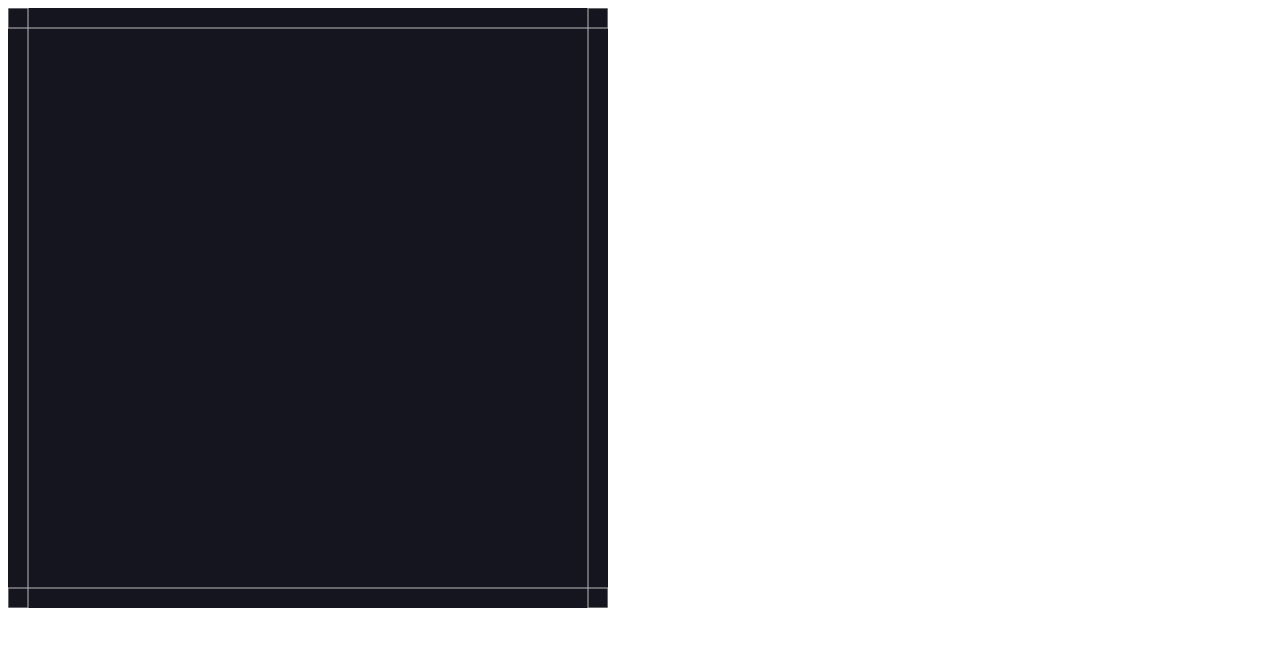
Repository: zhapar/JS-Bootcamp
Page: 3. Maze/index.html
An editor plug-in stored every save of this project. The page is shown before and after the next save, followed by the edit.
The browser window is 1280 px wide. The pictures show the whole page.
Some web libraries are served in a nearby version.

Above is the page before, as saved 2020-07-16 17:49:13.

### 3. Maze/index.html
<!DOCTYPE html>
<html lang="en">

<head>
  <meta charset="UTF-8">
  <meta name="viewport" content="width=device-width, initial-scale=1.0">
  <script src="https://cdnjs.cloudflare.com/ajax/libs/matter-js/0.14.2/matter.min.js"
    integrity="sha512-pi0tSRZdlNRZeANPwdAIHRAYg6gZZV6QlAiyHXn5TYqLzBKE9jlttO/QgYLMhISD6oNv2kPsVelx+n5nw0FqKA=="
    crossorigin="anonymous"></script>
  <title>Maze</title>
</head>

<body>


  <script src="app.js"></script>
</body>

</html>

### 3. Maze/app.js
const {
  Engine,
  Render,
  Runner,
  World,
  Bodies,
  // Mouse, *For  mouse*
  // MouseConstraint,
} = Matter;

const cells = 3;
const width = 600;
const height = 600;

const unitLength = width / cells;

const engine = Engine.create();
const { world } = engine;
const render = Render.create({
  element: document.body,
  engine: engine,
  options: {
    // wireframes: false,
    width,
    height,
  },
});

Render.run(render);
Runner.run(Runner.create(), engine);

//  ** To move shapes with mouse **
// World.add(
//   world,
//   MouseConstraint.create(engine, {
//     mouse: Mouse.create(render.canvas),
//   })
// );

// Walls
const walls = [
  Bodies.rectangle(width / 2, 0, width, 40, { isStatic: true }),
  Bodies.rectangle(width / 2, height, width, 40, { isStatic: true }),
  Bodies.rectangle(0, height / 2, 40, height, { isStatic: true }),
  Bodies.rectangle(width, height / 2, 40, height, { isStatic: true }),
];
World.add(world, walls);

// To create a random shapes
// for (let i = 0; i < 50; i++) {
//   if (Math.random() > 0.5) {
//     World.add(
//       world,
//       Bodies.rectangle(Math.random() * width, Math.random() * height, 50, 50)
//     );
//   } else {
//     World.add(
//       world,
//       Bodies.circle(Math.random() * width, Math.random() * height, 35, {
//         render: {
//           fillStyle: "red",
//         },
//       })
//     );
//   }
// }

// Maze generation

const shuffle = (arr) => {
  let counter = arr.length;

  while (counter > 0) {
    const index = Math.floor(Math.random() * counter);

    counter--;

    const temp = arr[counter];
    arr[counter] = arr[index];
    arr[index] = temp;
  }

  return arr;
};

const grid = Array(cells)
  .fill(null)
  .map(() => Array(cells).fill(false));

const verticals = Array(cells)
  .fill(null)
  .map(() => Array(cells - 1).fill(false));

const horizontals = Array(cells - 1)
  .fill(null)
  .map(() => Array(cells).fill(false));

const startRow = Math.floor(Math.random() * cells);
const startColumn = Math.floor(Math.random() * cells);

const stepThroughCell = (row, column) => {
  // If i have visited the cell at [row, column], then return
  if (grid[row][column]) {
    return;
  }

  // Mark this cell as being visited
  grid[row][column] = true;

  // Assemble randomly-ordered lisy of neighbors
  const neighbors = shuffle([
    [row - 1, column, "up"],
    [row, column + 1, "right"],
    [row + 1, column, "down"],
    [row, column - 1, "left"],
  ]);

  // For each neighbor
  for (let neighbor of neighbors) {
    const [nextRow, nextColumn, direction] = neighbor;

    // See if that neighbour out of the bounds
    if (
      nextRow < 0 ||
      nextRow >= cells ||
      nextColumn < 0 ||
      nextColumn >= cells
    ) {
      continue;
    }

    // If we have visited that neighbor, continue to next neighbor
    if (grid[nextRow][nextColumn]) {
      continue;
    }

    // Remove a wall from either horizontals or verticals
    if (direction === "left") {
      verticals[row][column - 1] = true;
    } else if (direction === "right") {
      verticals[row][column] = true;
    } else if (direction === "up") {
      horizontals[row - 1][column] = true;
    } else if (direction === "down") {
      horizontals[row][column] = true;
    }

    // Visit that next cell
    stepThroughCell(nextRow, nextColumn);
  }
};

stepThroughCell(startRow, startColumn);

horizontals.forEach((row, rowIndex) => {
  row.forEach((open, columnIndex) => {
    if (open) {
      return;
    }

    const wall = Bodies.rectangle(
      columnIndex * unitLength + unitLength / 2,
      rowIndex * unitLength + unitLength,
      unitLength,
      10,
      { isStatic: true }
    );

    World.add(world, wall);
  });
});

After the next save:
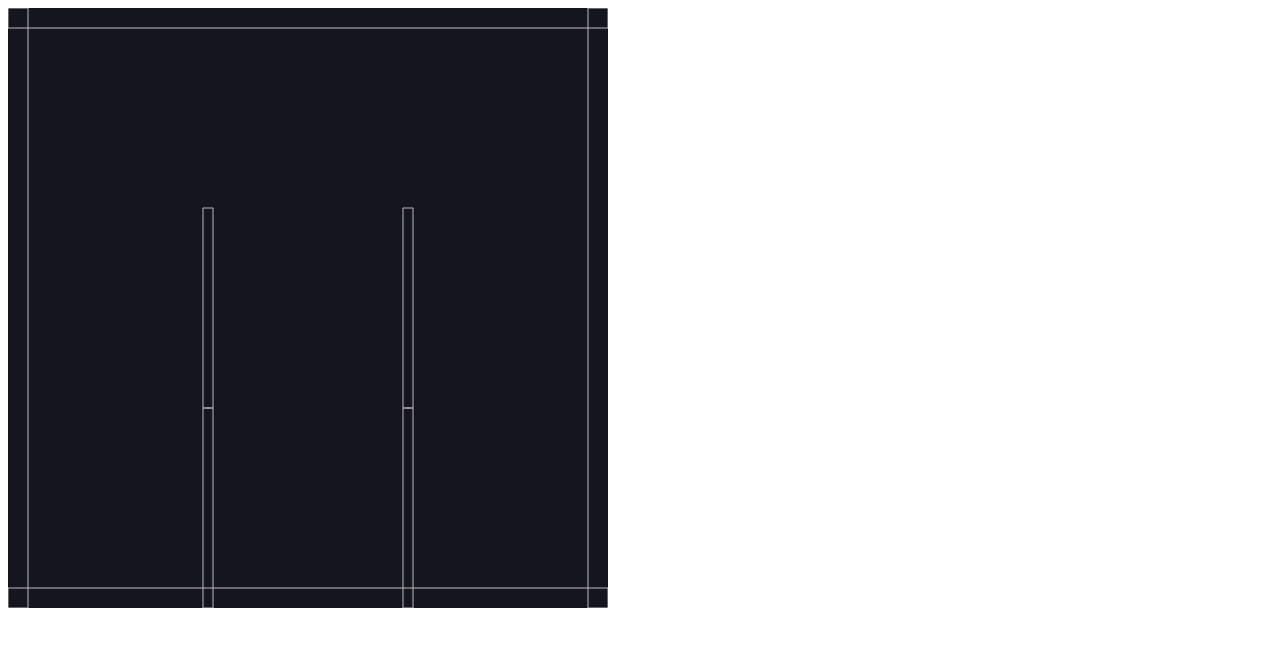
Saved 11 min 17 s later.
--- a/3. Maze/app.js
+++ b/3. Maze/app.js
@@ -169,3 +169,21 @@ horizontals.forEach((row, rowIndex) => {
     World.add(world, wall);
   });
 });
+
+verticals.forEach((row, rowIndex) => {
+  row.forEach((open, columnIndex) => {
+    if (open) {
+      return;
+    }
+
+    const wall = Bodies.rectangle(
+      columnIndex * unitLength + unitLength,
+      rowIndex * unitLength + unitLength / 2,
+      10,
+      unitLength,
+      { isStatic: true }
+    );
+
+    World.add(world, wall);
+  });
+});
